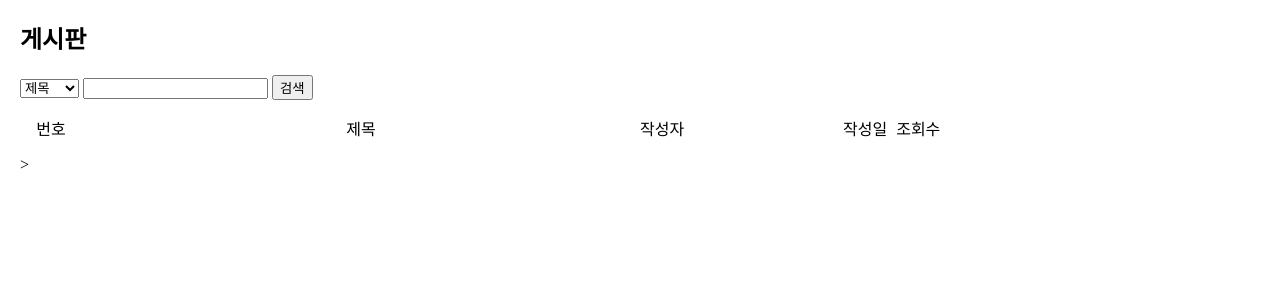
Repository: anydevil0812/board_subject
Page: http://localhost/board/main.jsp
The author's editor kept a copy of each file at every save. The page is drawn from the files as they stood at one save, then again after the next save.
The browser window is 1280 px wide. The pictures show the whole page.
The page is served by Tomcat 9.

Above is the page before, as saved 2024-10-25 04:37:04.

After the next save:
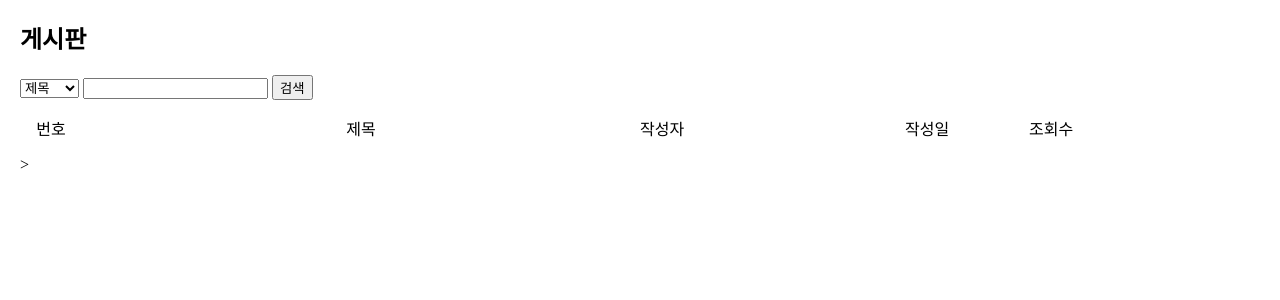
Saved 37 s later.
--- a/board/src/main/webapp/css/1.css
+++ b/board/src/main/webapp/css/1.css
@@ -21,13 +21,18 @@ body {
     padding: 10px;
 }
 
-#number, #date {
+#number, #views {
 	width: 5%
 }
 
 #title {
 	width: 45%;
 }
+
+#date {
+	width: 15%
+}
+
 
 #writer {
 	margin-right: 150px;
